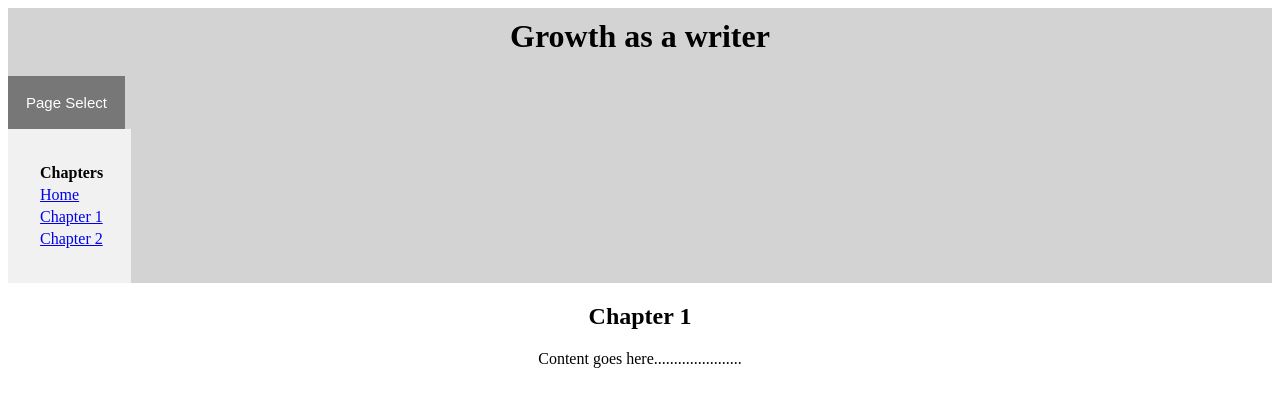
Repository: jpaisiem/WP-4
Page: Chapter1.html
An editor plug-in stored every save of this project. The page is shown before and after the next save, followed by the edit.
The browser window is 1280 px wide. The pictures show the whole page.

Above is the page before, as saved 2025-04-29 12:43:27.
Console error: TypeError: Cannot read properties of undefined (reading 'toggle')

After the next save:
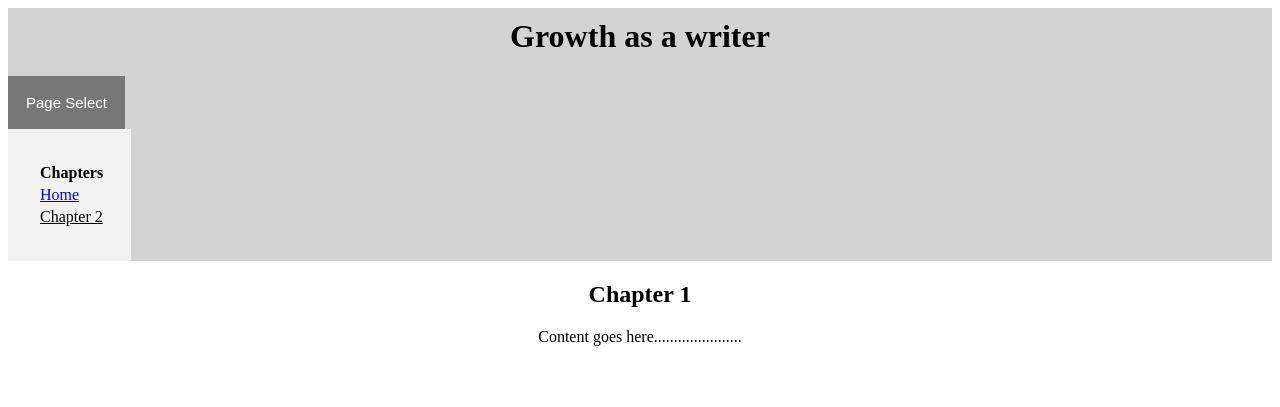
Saved 17 s later.
--- a/Chapter1.html
+++ b/Chapter1.html
@@ -44,7 +44,7 @@
         <td><a href="index.html">Home</a></td>
     </tr>
     <tr>
-        <td><a href="Chapter1.html">Chapter 1</a></td>
+        <td><a href="Chapter1.html" style="color: black;>Chapter 1</a></td>
     </tr>
      <tr>
         <td><a href="Chapter2.html">Chapter 2</a></td>

After the save that followed:
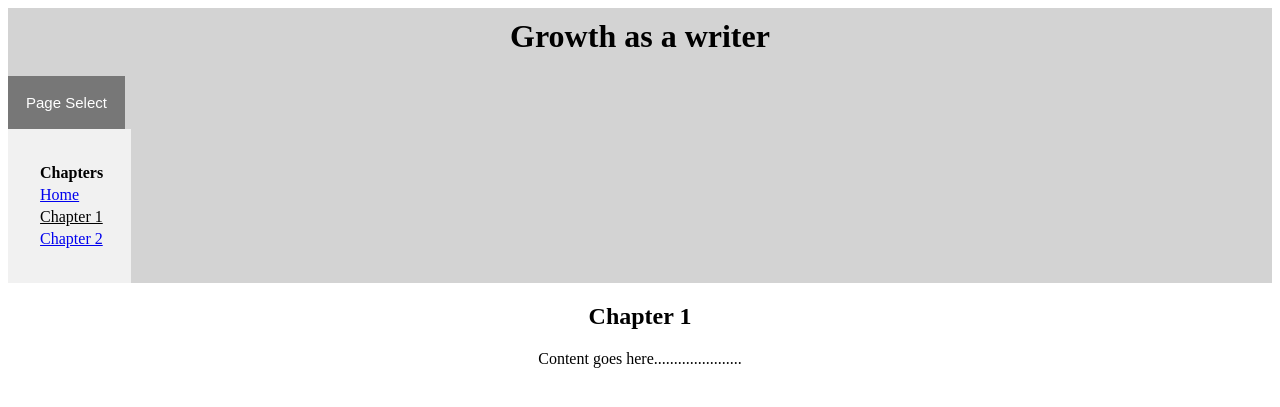
Saved 6 s later.
--- a/Chapter1.html
+++ b/Chapter1.html
@@ -44,7 +44,7 @@
         <td><a href="index.html">Home</a></td>
     </tr>
     <tr>
-        <td><a href="Chapter1.html" style="color: black;>Chapter 1</a></td>
+        <td><a href="Chapter1.html" style="color: black;">Chapter 1</a></td>
     </tr>
      <tr>
         <td><a href="Chapter2.html">Chapter 2</a></td>
